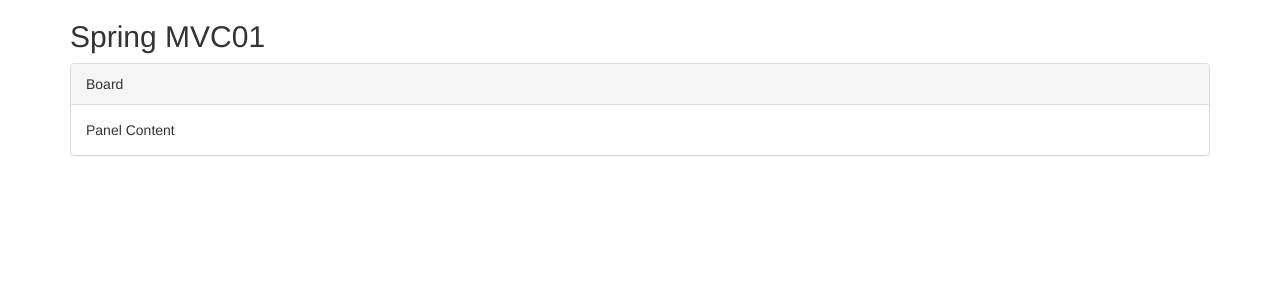
Repository: leejonggwon/PBG_SpringProject
Page: http://localhost/SpringMVC01/boardList.do
An editor plug-in stored every save of this project. The page is shown before and after the next save, followed by the edit.
The browser window is 1280 px wide. The pictures show the whole page.
The page is served by Tomcat 9. Other server files are loaded and not shown.

Above is the page before, as saved 2025-07-31 06:53:20.

### SpringMVC01/src/main/webapp/WEB-INF/views/boardList.jsp
<%@ page language="java" contentType="text/html; charset=UTF-8"
    pageEncoding="UTF-8"%>
<%@ taglib prefix="c" uri="http://java.sun.com/jsp/jstl/core"%>
<!DOCTYPE html>
<html>
<head>
<meta charset="UTF-8">
<title>Insert title here</title>
<link rel="stylesheet" href="https://maxcdn.bootstrapcdn.com/bootstrap/3.4.1/css/bootstrap.min.css">
<script src="https://ajax.googleapis.com/ajax/libs/jquery/3.7.1/jquery.min.js"></script>
<script src="https://maxcdn.bootstrapcdn.com/bootstrap/3.4.1/js/bootstrap.min.js"></script>
</head>
<body>
	<div class="container">
		<h2>Spring MVC01</h2>
		<div class="panel panel-default">
			<div class="panel-heading">Board</div>
			<div class="panel-body">Panel Content</div>
		</div>
	</div>
</body>
</html>

After the next save:
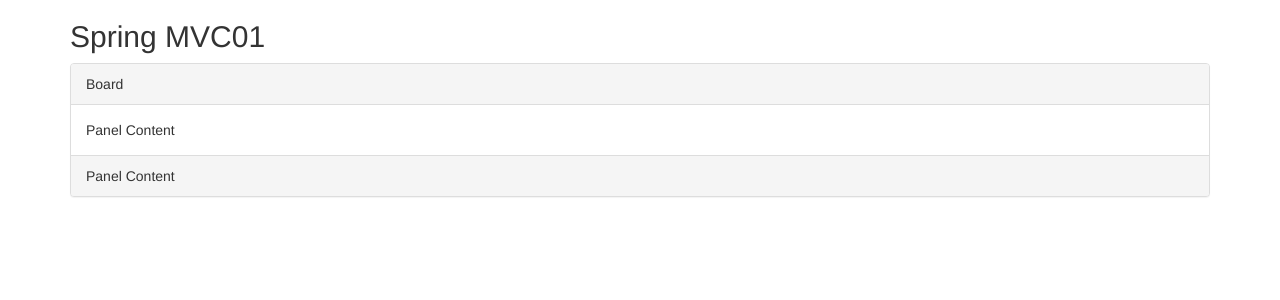
Saved 29 s later.
--- a/SpringMVC01/src/main/webapp/WEB-INF/views/boardList.jsp
+++ b/SpringMVC01/src/main/webapp/WEB-INF/views/boardList.jsp
@@ -16,6 +16,7 @@
 		<div class="panel panel-default">
 			<div class="panel-heading">Board</div>
 			<div class="panel-body">Panel Content</div>
+			<div class="panel-footer">Panel Content</div>
 		</div>
 	</div>
 </body>
